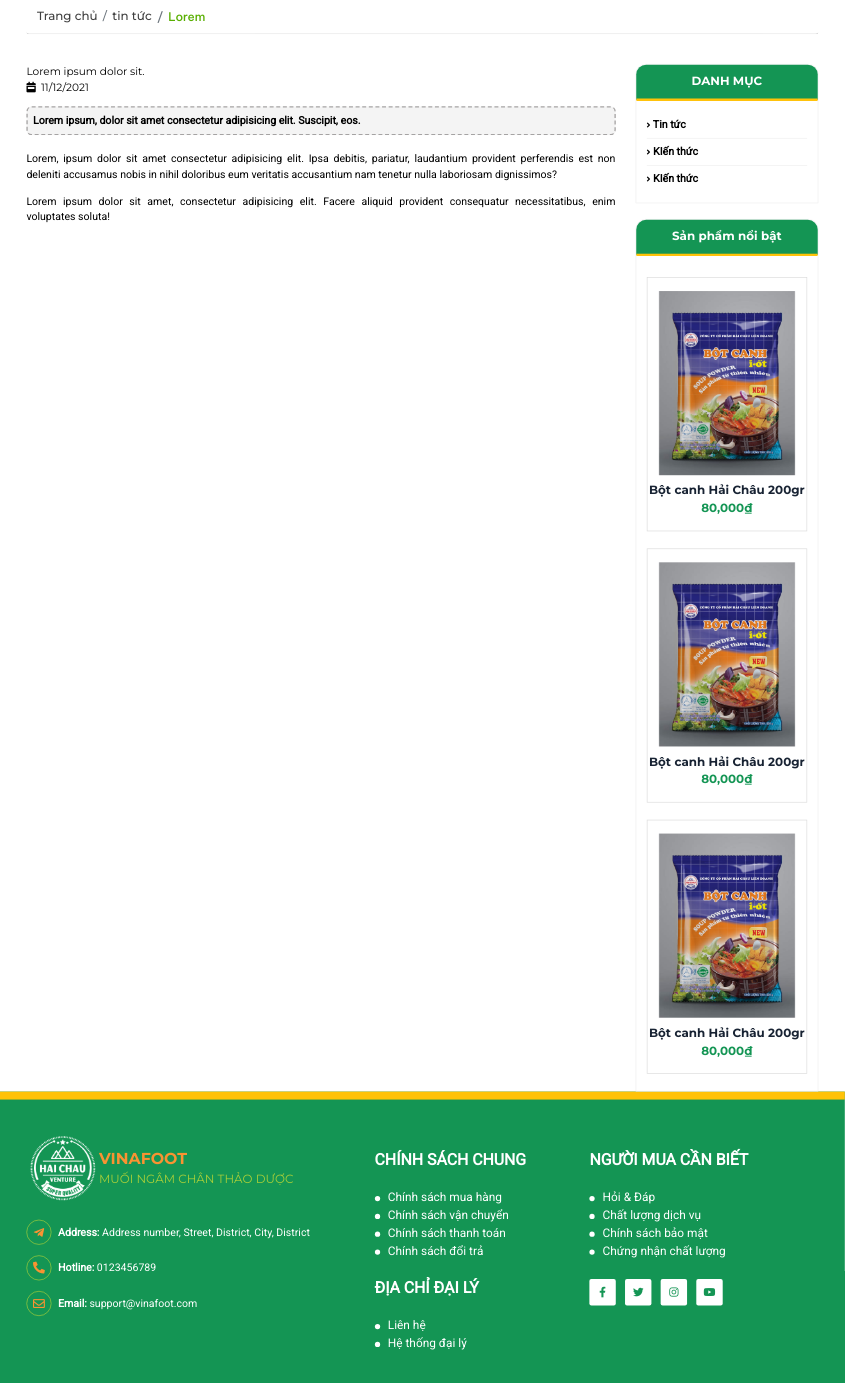
Repository: haianh12082001/VINAFOOT
Page: news-detail.html
These files come from the project's save history. The page is drawn as it stood at one moment and after the next save; the edit follows.
The browser window is 1280 px wide. The pictures show the whole page, at 66% of full size.
Some web libraries are served in a nearby version.

Above is the page before, as saved 2021-12-12 20:01:22.

### news-detail.html
<!DOCTYPE html>
<html lang="en">
    <head>
        <meta charset="UTF-8" />
        <meta http-equiv="X-UA-Compatible" content="IE=edge" />
        <meta name="viewport" content="width=device-width, initial-scale=1.0" />
        <link href="https://fonts.googleapis.com/css2?family=Montserrat:wght@300;400;500;700;900&display=swap" rel="stylesheet" />
        <link href="https://fonts.googleapis.com/css?family=Roboto" rel="stylesheet" />
        <link href="https://fonts.googleapis.com/css2?family=Be+Vietnam+Pro:wght@500&display=swap" rel="stylesheet" />
        <link rel="stylesheet" href="./assets/fonts/fontawesome-free-5.15.3/css/all.min.css" />
        <link
            rel="stylesheet"
            href="https://cdn.jsdelivr.net/npm/bootstrap@4.6.0/dist/css/bootstrap.min.css"
            integrity="sha384-B0vP5xmATw1+K9KRQjQERJvTumQW0nPEzvF6L/Z6nronJ3oUOFUFpCjEUQouq2+l"
            crossorigin="anonymous"
        />
        <link rel="stylesheet" type="text/css" href="https://cdn.jsdelivr.net/npm/slick-carousel@1.8.1/slick/slick.css" />
        <link rel="stylesheet" href="./assets/css/app.css" />
        <title>Document</title>
    </head>
    <body>
        <div class="box-breadcrumb">
            <div class="container">
                <ul class="breadcrumb">
                    <li class="breadcrumb-item"><a href="">Trang chủ</a></li>
                    <li class="breadcrumb-item"><a href="">tin tức</a></li>
                    <li class="breadcrumb-item active">Lorem</li>
                </ul>
            </div>
        </div>
        <section class="news-detail">
            <div class="container">
                <div class="row">
                    <div class="col-lg-9">
                        <div class="title">Lorem ipsum dolor sit.</div>
                        <div class="date mb-3">
                            <i class="fas fa-calendar-week mr-1"></i>
                            11/12/2021
                        </div>
                        <div class="sapo-detail mb-2">Lorem ipsum, dolor sit amet consectetur adipisicing elit. Suscipit, eos.</div>
                        <div class="content-detail py-3">
                            <p>
                                Lorem, ipsum dolor sit amet consectetur adipisicing elit. Ipsa debitis, pariatur, laudantium provident perferendis est non
                                deleniti accusamus nobis in nihil doloribus eum veritatis accusantium nam tenetur nulla laboriosam dignissimos?
                            </p>
                            <p>
                                Lorem ipsum dolor sit amet, consectetur adipisicing elit. Facere aliquid provident consequatur necessitatibus, enim voluptates
                                soluta!
                            </p>
                        </div>
                    </div>
                    <div class="col-lg-3 mt-lg-0 mt-3">
                        <div class="box-side">
                            <div class="title">DANH MỤC</div>
                            <div class="body">
                                <ul class="menu-right">
                                    <li>
                                        <a href="">
                                            <i class="fas fa-angle-right"></i>
                                            Tin tức
                                        </a>
                                        <!-- <ul>
                                            <li>
                                                <a href="">
                                                    <i class="fas fa-arrow-right"></i>
                                                    Tin tức
                                                </a>
                                            </li>
                                        </ul> -->
                                    </li>
                                    <li>
                                        <a href="">
                                            <i class="fas fa-angle-right"></i>
                                            KIến thức
                                        </a>
                                    </li>
                                    <li>
                                        <a href="">
                                            <i class="fas fa-angle-right"></i>
                                            KIến thức
                                        </a>
                                    </li>
                                </ul>
                            </div>
                        </div>
                        <div class="box-side mt-lg-4 mt-3">
                            <div class="title">Sản phẩm nổi bật</div>
                            <div class="body">
                                <div class="row">
                                    <div class="mt-3 col-lg-12 col-6">
                                        <div class="product-item">
                                            <a href=""><img src="./assets/img/product/Rectangle 196.png" alt="" /></a>
                                            <div class="product-body">
                                                <a href=""> <div class="product-name">Bột canh Hải Châu 200gr</div></a>
                                                <div class="product-price">80,000₫</div>
                                            </div>
                                        </div>
                                    </div>
                                    <div class="mt-3 col-lg-12 col-6">
                                        <div class="product-item">
                                            <a href=""><img src="./assets/img/product/Rectangle 196.png" alt="" /></a>
                                            <div class="product-body">
                                                <a href=""> <div class="product-name">Bột canh Hải Châu 200gr</div></a>
                                                <div class="product-price">80,000₫</div>
                                            </div>
                                        </div>
                                    </div>
                                    <div class="mt-3 col-lg-12 col-6">
                                        <div class="product-item">
                                            <a href=""><img src="./assets/img/product/Rectangle 196.png" alt="" /></a>
                                            <div class="product-body">
                                                <a href=""> <div class="product-name">Bột canh Hải Châu 200gr</div></a>
                                                <div class="product-price">80,000₫</div>
                                            </div>
                                        </div>
                                    </div>
                                </div>
                            </div>
                        </div>
                    </div>
                </div>
            </div>
        </section>
        <div class="footer">
            <div class="line"></div>
            <div class="container">
                <div class="row py-5">
                    <div class="col-lg-5 col-12">
                        <div class="logo d-flex mb-lg-4">
                            <img src="./assets/img/logo-footer.png" alt="" />
                            <div class="d-flex flex-column justify-content-center">
                                <div class="company">vinafoot</div>
                                <div class="name">muối ngâm chân thảo dược</div>
                            </div>
                        </div>
                        <div class="d-flex flex-column">
                            <div class="item d-flex align-items-center mb-3">
                                <div class="icon"><i class="fab fa-telegram-plane"></i></div>
                                <span><b>Address:</b> Address number, Street, District, City, District</span>
                            </div>
                            <div class="item d-flex align-items-center mb-3">
                                <div class="icon"><i class="fas fa-phone-alt"></i></div>
                                <span><b>Hotline:</b> 0123456789</span>
                            </div>
                            <div class="item d-flex align-items-center mb-3">
                                <div class="icon"><i class="far fa-envelope"></i></div>
                                <span><b>Email:</b> support@vinafoot.com</span>
                            </div>
                        </div>
                    </div>
                    <div class="col-lg-4 px-lg-5 col-sm-6 order-sm-2">
                        <div class="title">Người mua cần biết</div>
                        <ul class="list">
                            <li>Hỏi & Đáp</li>
                            <li>Chất lượng dịch vụ</li>
                            <li>Chính sách bảo mật</li>
                            <li>Chứng nhận chất lượng</li>
                        </ul>
                        <div class="social d-flex">
                            <a href="">
                                <div class="social-icon">
                                    <i class="fab fa-facebook-f"></i>
                                </div>
                            </a>
                            <a href="">
                                <div class="social-icon">
                                    <i class="fab fa-twitter"></i>
                                </div>
                            </a>
                            <a href="">
                                <div class="social-icon">
                                    <i class="fab fa-instagram"></i>
                                </div>
                            </a>
                            <a href="">
                                <div class="social-icon">
                                    <i class="fab fa-youtube"></i>
                                </div>
                            </a>
                        </div>
                    </div>
                    <div class="col-lg-3 col-sm-6 order-sm-1">
                        <div class="col-12">
                            <div class="title">Chính sách chung</div>
                            <ul class="list">
                                <li>Chính sách mua hàng</li>
                                <li>Chính sách vận chuyển</li>
                                <li>Chính sách thanh toán</li>
                                <li>Chính sách đổi trả</li>
                            </ul>
                        </div>
                        <div class="col-12">
                            <div class="title">ĐỊa chỉ đại lý</div>
                            <ul class="list">
                                <li>Liên hệ</li>
                                <li>Hệ thống đại lý</li>
                            </ul>
                        </div>
                    </div>
                </div>
            </div>
        </div>
        <script type="text/javascript" src="https://code.jquery.com/jquery-1.11.0.min.js"></script>
        <script type="text/javascript" src="https://code.jquery.com/jquery-migrate-1.2.1.min.js"></script>
        <script
            src="https://cdnjs.cloudflare.com/ajax/libs/bootstrap/4.6.0/js/bootstrap.min.js"
            integrity="sha512-XKa9Hemdy1Ui3KSGgJdgMyYlUg1gM+QhL6cnlyTe2qzMCYm4nAZ1PsVerQzTTXzonUR+dmswHqgJPuwCq1MaAg=="
            crossorigin="anonymous"
            referrerpolicy="no-referrer"
        ></script>
        <script type="text/javascript" src="https://cdn.jsdelivr.net/npm/slick-carousel@1.8.1/slick/slick.min.js"></script>
        <script src="./assets/js/main.js"></script>
    </body>
</html>

Loaded but not shown: assets/fonts/fontawesome-free-5.15.3/css/all.min.css (library); assets/js/main.js (103 lines, source omitted); assets/css/app.css (2055 lines, source omitted)

After the next save:
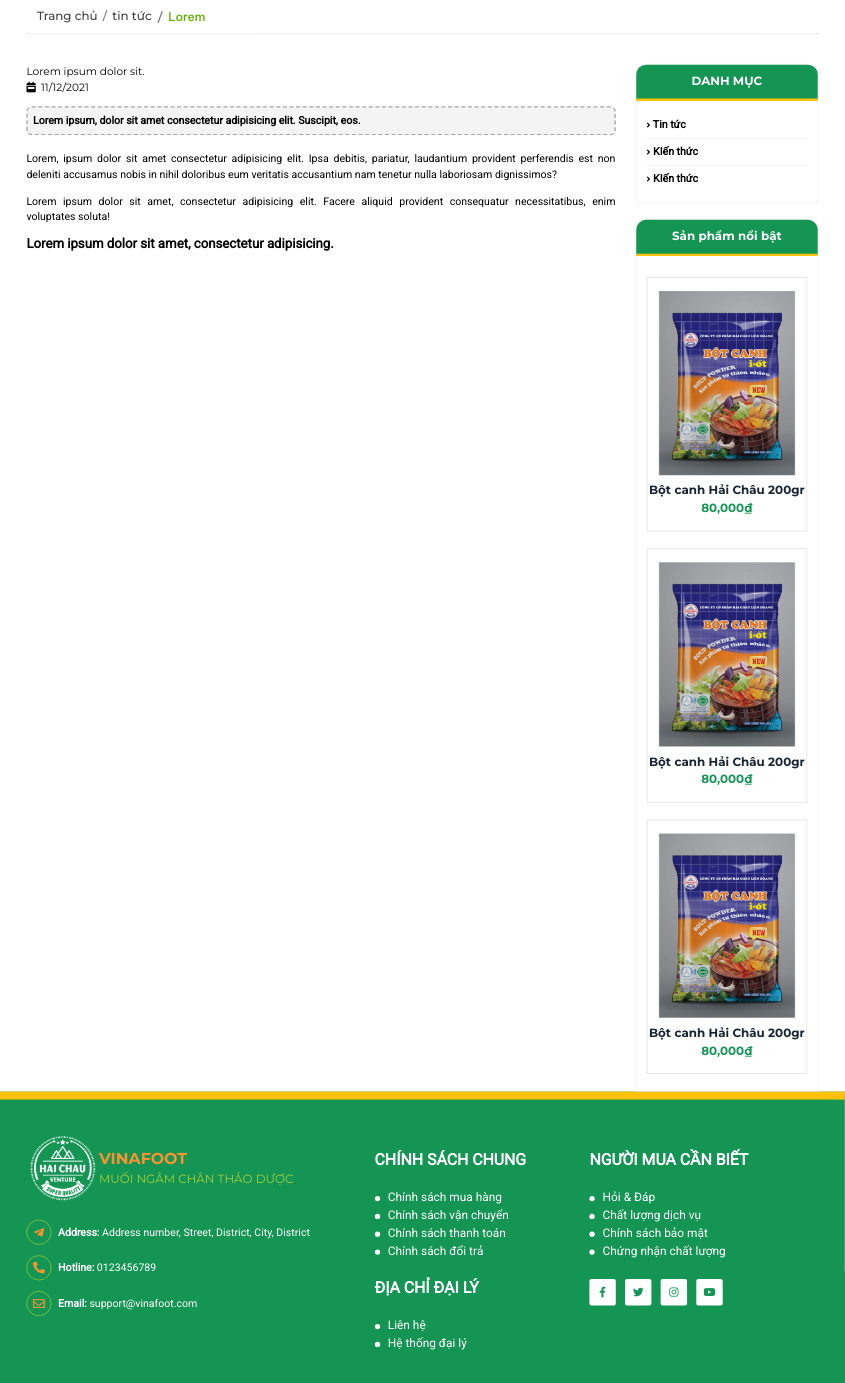
Saved 46 s later.
--- a/news-detail.html
+++ b/news-detail.html
@@ -47,6 +47,9 @@
                                 Lorem ipsum dolor sit amet, consectetur adipisicing elit. Facere aliquid provident consequatur necessitatibus, enim voluptates
                                 soluta!
                             </p>
+                            <h2>
+                                <strong>Lorem ipsum dolor sit amet, consectetur adipisicing.</strong>
+                            </h2>
                         </div>
                     </div>
                     <div class="col-lg-3 mt-lg-0 mt-3">
